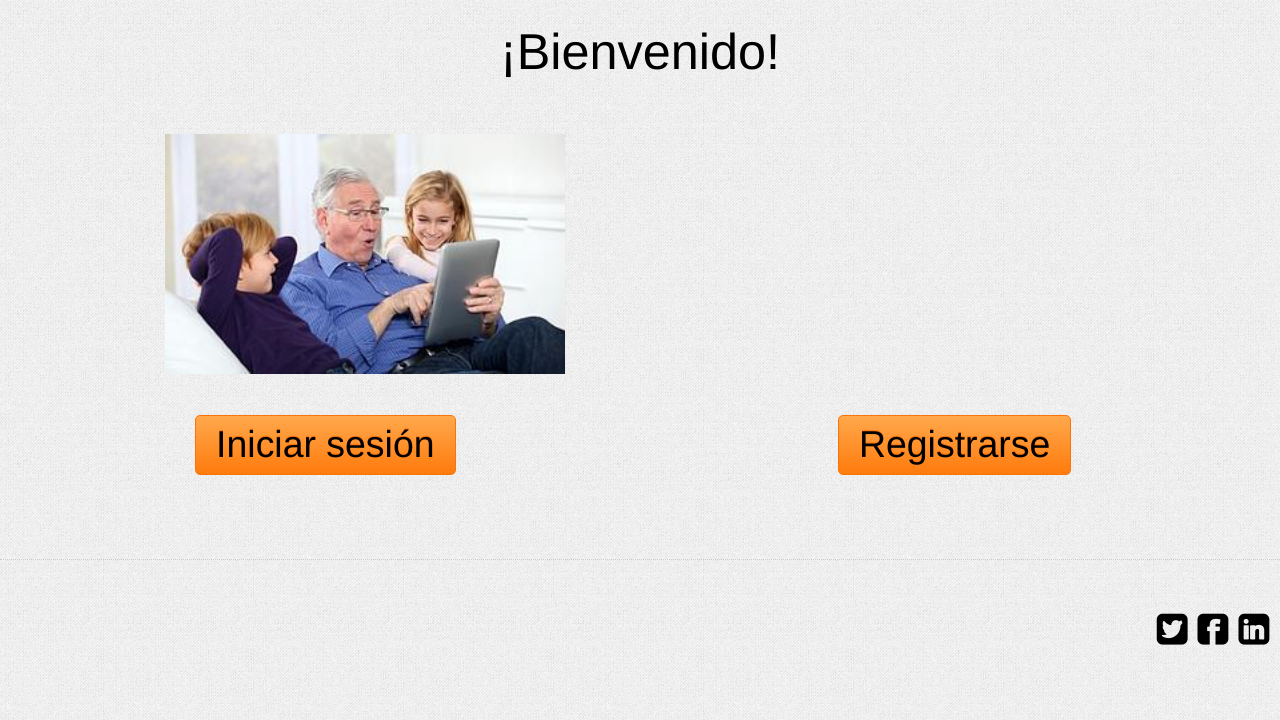
Repository: SCeruso/RememberMe
Page: bienvenido.html
The author's editor kept a record of every edit. The page is drawn from the files as they stood at one moment, then again after the next edit.
The browser window is 1280 px wide. The pictures show the whole page.
Some web libraries are served in a nearby version.

Above is the page before.

After the next edit:
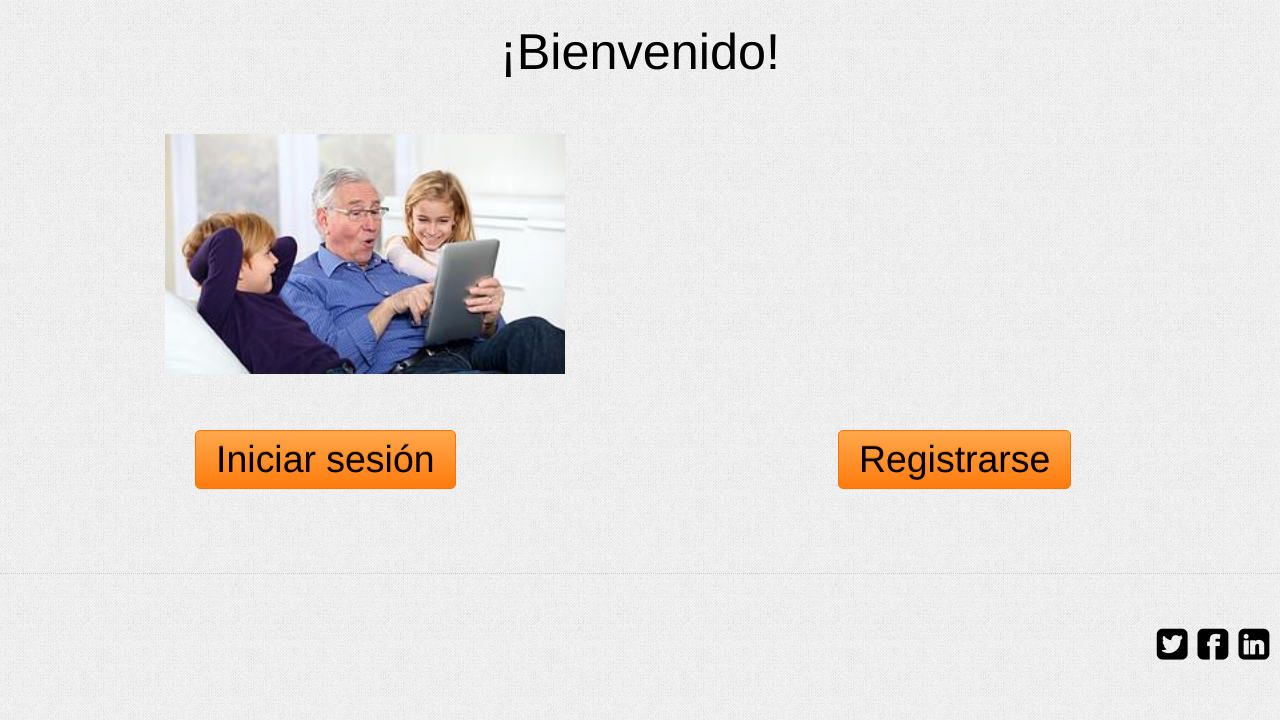
The edit:
--- a/bienvenido.html
+++ b/bienvenido.html
@@ -28,6 +28,7 @@
 			<img src="imagenes/domingo-saludable-mayores--300x180.jpg" width="400" height="350" />
 			</p>
 		</div>
+		<div class="col_2"></div>
 	</div>
 	<div class="col_12">
 	<div class="col_6">
